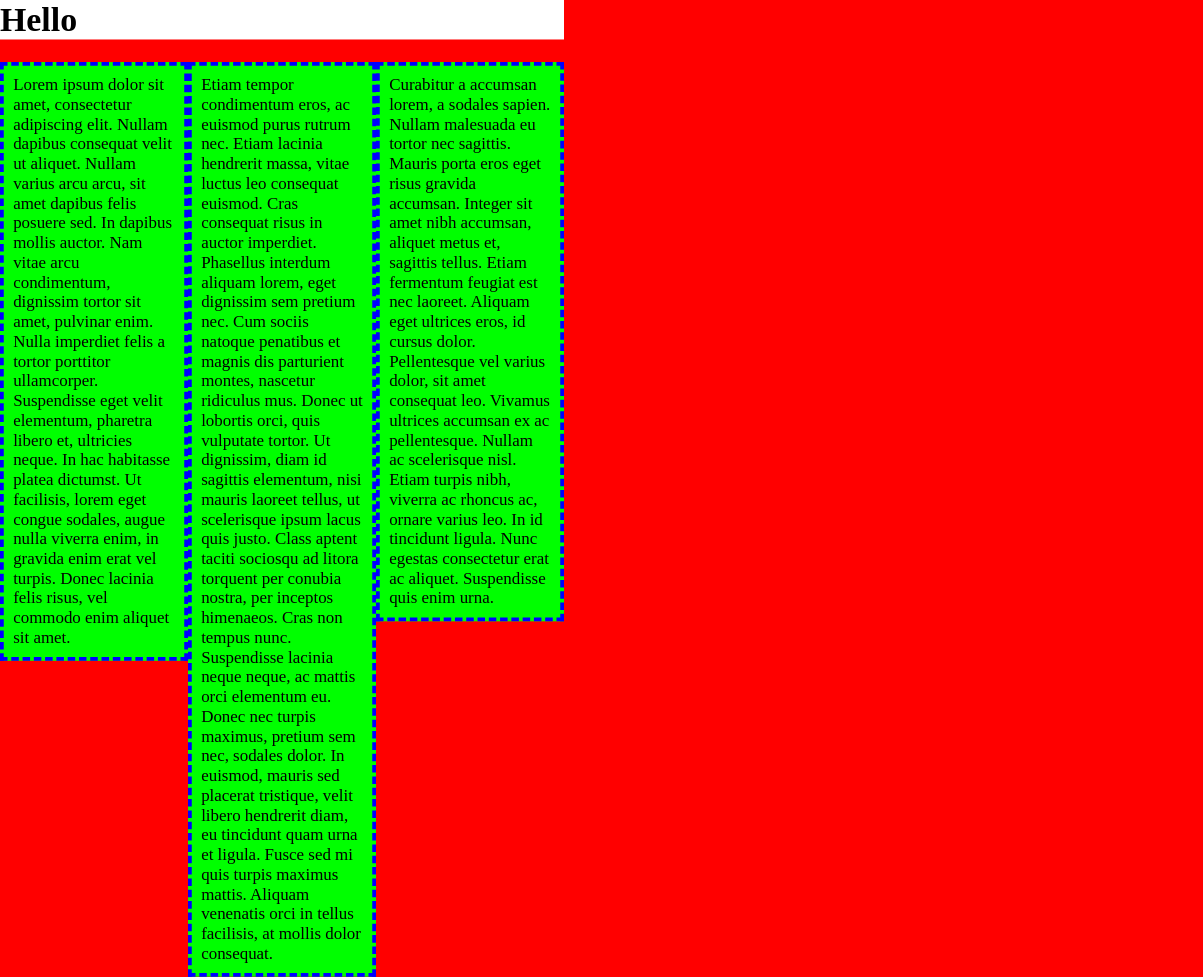
Repository: simonekurtz/simonekurtz.github.io
Page: CLASS3_CSS Cont/CSS_Cont.html
The author's editor kept a record of every edit. The page is drawn from the files as they stood at one moment, then again after the next edit.
The browser window is 1280 px wide. The pictures show the whole page, at 94% of full size.

Above is the page before.

After the next edit:
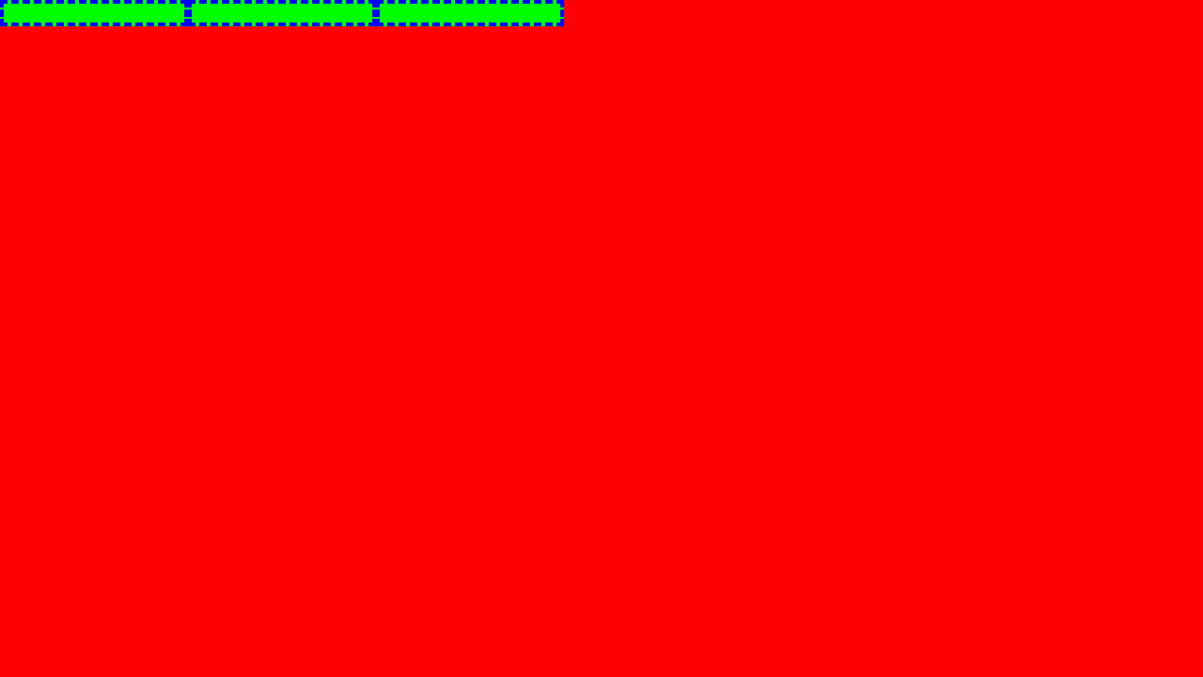
The edit:
--- a/CLASS3_CSS Cont/style.css
+++ b/CLASS3_CSS Cont/style.css
@@ -15,6 +15,7 @@
 .wrapper {
     width: 600px;
     background-color: white;
+    font-size: 0;
 }
 
 .column {
